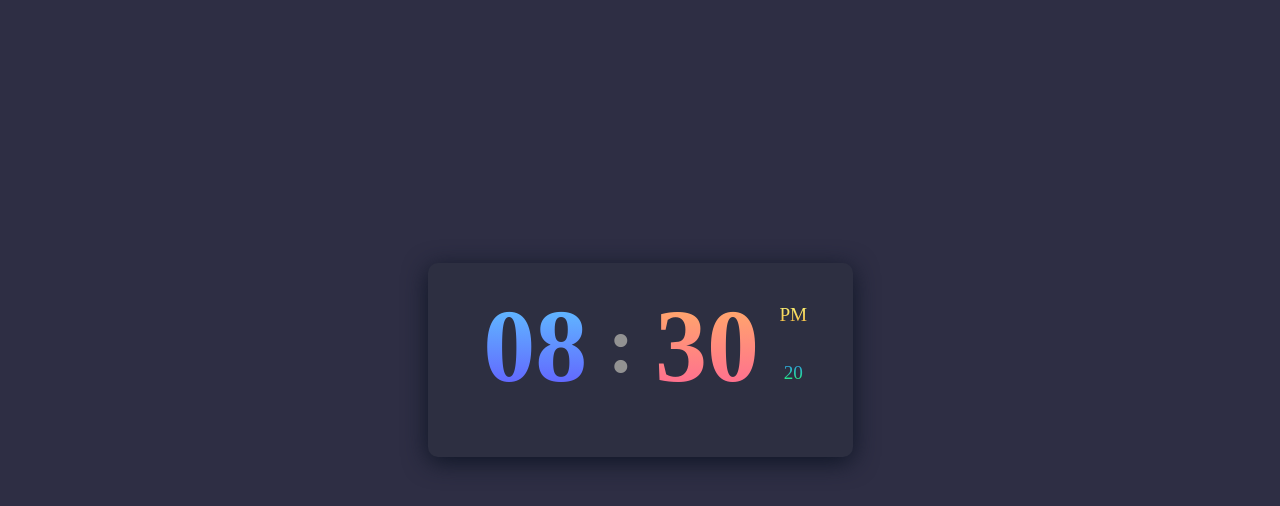
Repository: QUANGTHAI2003/digital-clock
Page: index.html
The author's editor kept a copy of each file at every save. The page is drawn from the files as they stood at one save, then again after the next save.
The browser window is 1280 px wide. The pictures show the whole page.

Above is the page before, as saved 2022-03-26 20:08:59.

### index.html
<!DOCTYPE html>
<html lang="en">
    <head>
        <meta charset="UTF-8" />
        <meta http-equiv="X-UA-Compatible" content="IE=edge" />
        <meta name="viewport" content="width=device-width, initial-scale=1.0" />
        <title>Digital-Clock</title>
        <link rel="stylesheet" href="style.css" />
        <link rel="stylesheet" href="https://unicons.iconscout.com/release/v4.0.0/css/line.css" />
    </head>
    <body>
        <div class="digital-clock">
            <div class="time">
                <span class="hour">08</span>
                <span class="dots">:</span>
                <span class="minutes">30</span>
                <div class="right-side">
                    <span class="period">PM</span>
                    <span class="seconds">20</span>
                </div>
            </div>
            <div class="calendar">
                <span class="month-name">Mar</span>,
                <span class="day-name">Sunday</span>
                <span class="day-number">6</span>
            </div>
        </div>
    </body>
</html>

### style.css
@import url('https://fonts.googleapis.com/css2?family=Poppins:ital,wght@0,100;0,200;0,300;0,400;0,500;0,600;0,700;0,800;0,900;1,100;1,200;1,300;1,400;1,500;1,600;1,700;1,800;1,900&display=swap');

* {
    margin: 0;
    padding: 0;
    box-sizing: border-box;
    font-family: 'Poppins'sans-serif;
}

body {
    min-height: 100vh;
    display: flex;
    justify-content: center;
    align-items: center;
    background: #2e2e44;
}

.digital-clock {
    position: relative;
    color: #fff;
    background: #2d2f41;
    width: 425px;
    padding: 20px 45px;
    box-shadow: 0 5px 25px rgba(14, 21, 37, 08);
    border-radius: 10px;
    display: flex;
    justify-content: center;
    align-items: center;
    flex-direction: column;
}

.time {
    position: relative;
    display: flex;
    justify-content: center;
    align-items: center;
}

.hour,
.dots,
.minutes {
    display: flex;
    justify-content: center;
    align-items: center;
    font-weight: 600;
    padding: 0 10px;
    line-height: 125px;
}

.hour,
.minutes {
    font-size: 6.5em;
    width: 125px;
}

.dots {
    font-size: 5em;
    color: #929292;
}

.hour {
    background: -webkit-linear-gradient(90deg, #634dff, #5fd4ff);
    -webkit-text-fill-color: transparent;
    -webkit-background-clip: text;
}

.minutes {
    background: -webkit-linear-gradient(90deg, #ff5e9a, #ffb960);
    -webkit-text-fill-color: transparent;
    -webkit-background-clip: text;
}

.right-side {
    position: relative;
    display: flex;
    justify-content: center;
    align-items: center;
    flex-direction: column;
    margin-left: 10px;
}

.period,
.seconds {
    font-size: 1.2em;
    font-weight: 500;
}

.period {
    transform: translateY(-20px);
    background: -webkit-linear-gradient(90deg, #f7b63f, #faf879);
    -webkit-text-fill-color: transparent;
    -webkit-background-clip: text;
}

.seconds {
    transform: translateY(16px);
    background: -webkit-linear-gradient(90deg, #24ff6d, #2f93f1);
    -webkit-text-fill-color: transparent;
    -webkit-background-clip: text;
}

.calendar {
    display: flex;
    justify-content: center;
    align-items: center;
    font-size: 1.3em;
    font-weight: 500;
    margin-bottom: 5px;
    background: -webkit-linear-gradient (90deg, #ae4af6, #ff98d1);
    -webkit-text-fill-color: transparent;
    -webkit-background-clip: text;
}

After the next save:
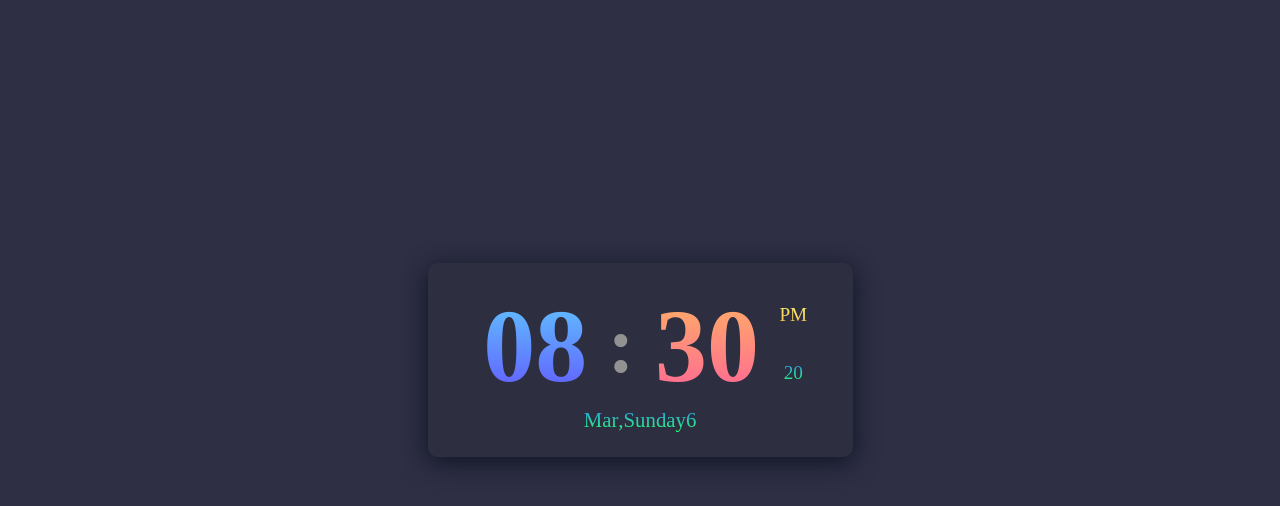
Saved 114 s later.
--- a/style.css
+++ b/style.css
@@ -106,7 +106,7 @@ body {
     font-size: 1.3em;
     font-weight: 500;
     margin-bottom: 5px;
-    background: -webkit-linear-gradient (90deg, #ae4af6, #ff98d1);
+    background: -webkit-linear-gradient(90deg, #24ff6d, #2f93f1);
     -webkit-text-fill-color: transparent;
     -webkit-background-clip: text;
 }
